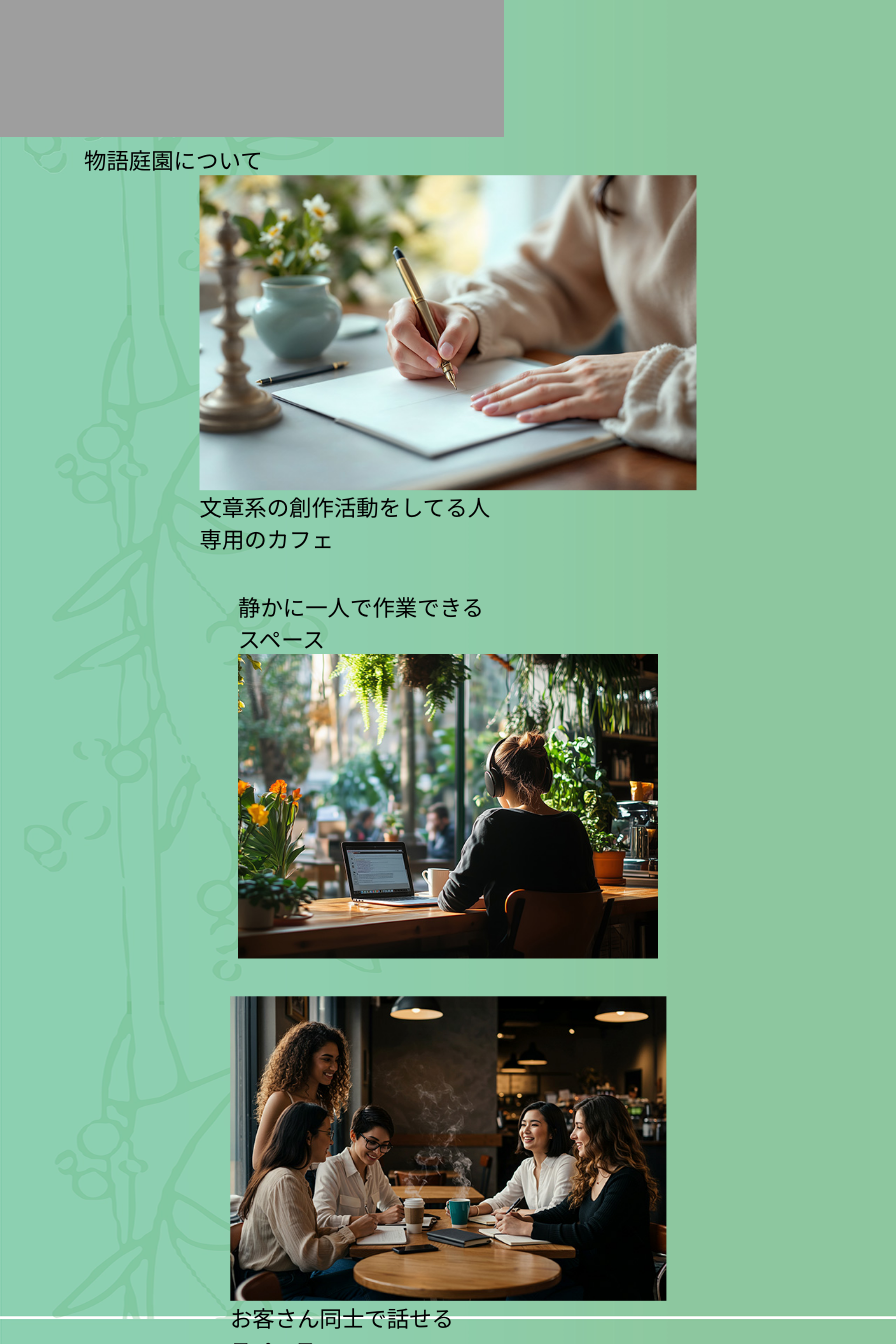
Repository: saka-kou/GardenStory
Page: index.html
The author's editor kept a copy of each file at every save. The page is drawn from the files as they stood at one save, then again after the next save.
The browser window is 1280 px wide. The pictures show the part of the page from y = 616 to 2536 px (the page is 3189 px tall before and 2825 px after), at 70% of full size.
Pictures or frames that could not be fetched are drawn as grey boxes. Some web fonts or font styles are not loaded; a fallback is used.

Above is the page before, as saved 2025-07-23 18:37:57.

After the next save:
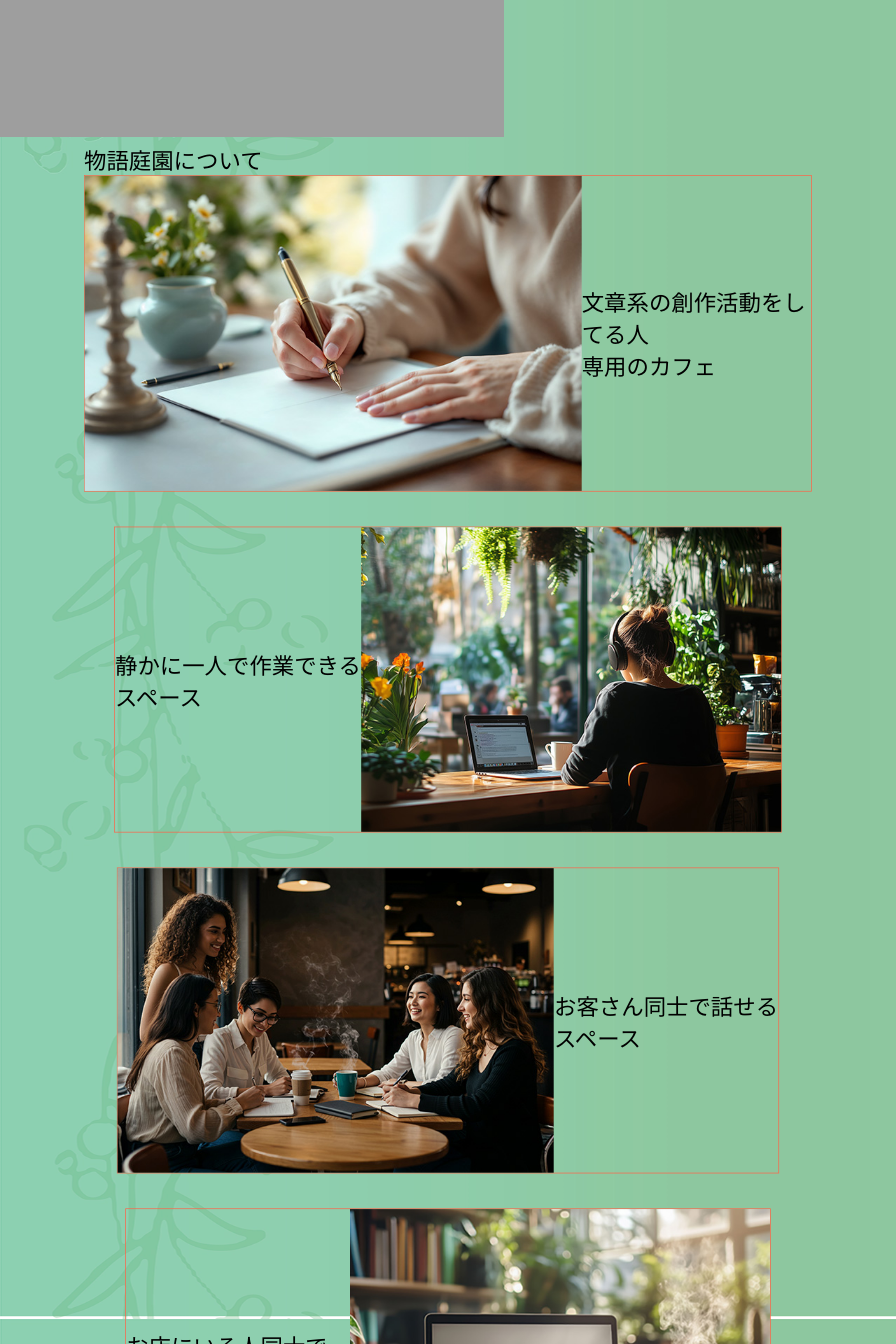
Saved 15 s later.
--- a/index.html
+++ b/index.html
@@ -25,25 +25,25 @@
     <main>
         <h2 class="consept-text">物語庭園について</h2>
         <div class="aboutWrap">
-            <div id="setumei">
+            <div class="cafe-ex">
                 <img src="images/write.jpeg" alt="文創" class="leftimg">
                 <p class="consept-text">文章系の創作活動をしてる人<br>
                     専用のカフェ
                 </p>
             </div>
-            <div id="setumei">
+            <div class="cafe-ex">
                 <p class="consept-text">静かに一人で作業できる<br>
                     スペース
                 </p>
                 <img src="images/work.jpeg" alt="作業" class="rightimag">
             </div>
-            <div id="setumei">
+            <div class="cafe-ex">
                 <img src="images/talk.jpeg" alt="話せる" class="leftimg">
                 <p class="consept-text">お客さん同士で話せる<br>
                     スペース
                 </p>
             </div>
-            <div id="setumei">
+            <div class="cafe-ex">
                 <p class="consept-text">お店にいる人同士で<br>
                     チャット上でも話せる
                 </p>
